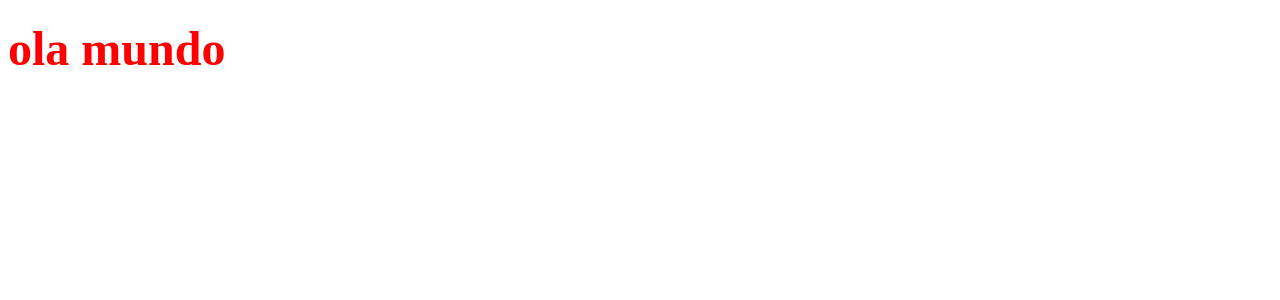
Repository: waanvieira/f21-jdbc-f21-jdbc-exer
Page: curso_java_web1/src/main/webapp/index.html
An editor plug-in stored every save of this project. The page is shown before and after the next save, followed by the edit.
The browser window is 1280 px wide. The pictures show the whole page.

Above is the page before, as saved 2019-02-18 03:50:52.

### curso_java_web1/src/main/webapp/index.html
<!DOCTYPE html>
<html>
<head>
<meta charset="ISO-8859-1">
<title>Welcome to curso</title>
</head>
<body>
<h1><font color="red" size="39px">ola mundo</font></h1>

</body>
</html>

After the next save:
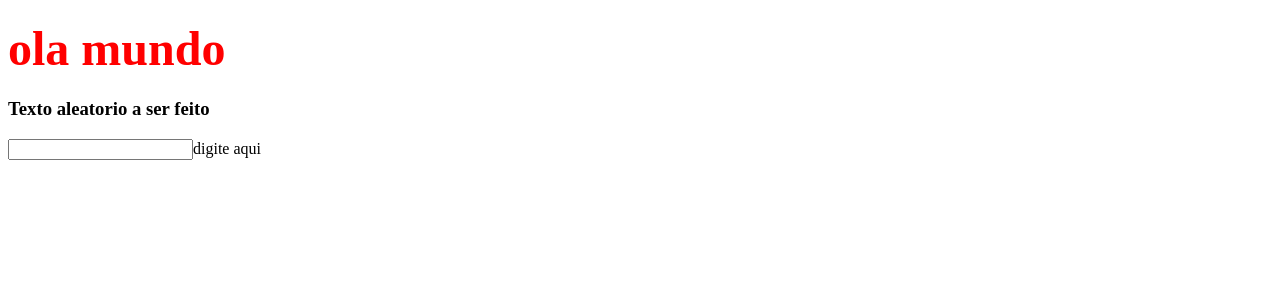
Saved 2 min 0 s later.
--- a/curso_java_web1/src/main/webapp/index.html
+++ b/curso_java_web1/src/main/webapp/index.html
@@ -6,6 +6,10 @@
 </head>
 <body>
 <h1><font color="red" size="39px">ola mundo</font></h1>
+<h3>Texto aleatorio a ser feito</h3>
+<form method="post" action="index2.html">
+<input type="text" name=variavel id=variavel>digite aqui
 
+</form>
 </body>
 </html>
